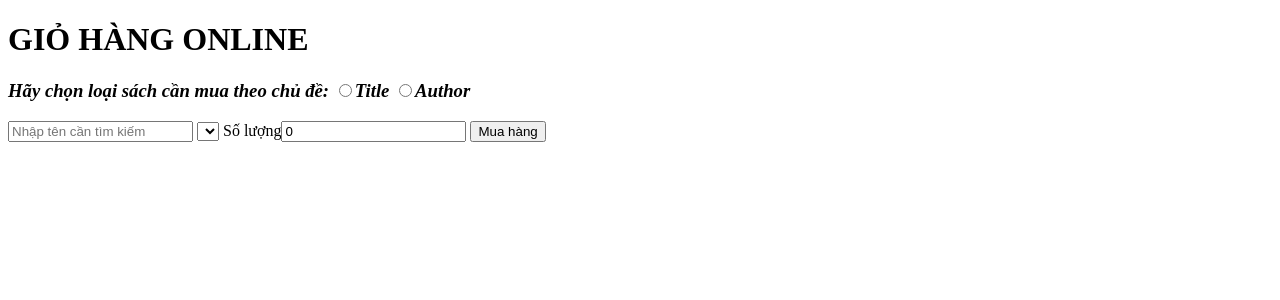
Repository: trangtruc/Java_NangCao
Page: http://localhost/Demo_Database/Myeshop.jsp
An editor plug-in stored every save of this project. The page is shown before and after a run of saves, followed by the edit.
The browser window is 1280 px wide. The pictures show the whole page.
The page is served by Tomcat 9. Other server files are loaded and not shown. Queries for data that is not in the repository find no rows.

Above is the page before, as saved 2017-03-14 12:11:41.

### Buoi4/Demo_Database/WebContent/Myeshop.jsp
<%@page contentType="text/html" pageEncoding="UTF-8"%>
<%@page import="servlet.*" %>
<%@page import="java.util.ArrayList" %>
<!DOCTYPE HTML PUBLIC "-//W3C//DTD HTML 4.01 Transitional//EN"
    "http://www.w3.org/TR/html4/loose.dtd">

<html>
    <head>
        <title>My E-Shop</title>
        <script type="text/javascript">
            function kt(){
                var s=document.getElementById("sl").value;
                if(isNaN(s) || s<=0)
                    return false;
                return true;
            }
        </script>
    </head>
    <body>
        <h1>GIỎ HÀNG ONLINE</h1>
        <%
            DbActions db = new DbActions();
            ArrayList<Sanpham> dssp = db.getAllProducts();
        %>
        <form action="Access" method="post">
            <h3><i>Hãy chọn loại sách cần mua theo chủ đề:
            	<input type="radio" name="ra" value="title"/>Title
				<input type="radio" name="ra" value="author"/>Author
            </i></h3>

           <input type="text" name="monhang" placeholder="Nhập tên cần tìm kiếm"/>

			<select name="monhang">
                <%
            for (Sanpham sp : dssp) {%>
                <option value="<%=sp.getId()%>"><%=sp.getTitle()%></option>

                <%}%>
            </select>

            Số lượng<input name="soluong" value="0" id="sl"/>
            <input type="hidden" name="action" value="muahang"/>
            <input type="submit" value="Mua hàng" onclick="return kt()"/>


        </form>
        <br/>
        <jsp:include page="Myecart.jsp" flush="true"/>
    </body>
</html>

### Buoi4/Demo_Database/WebContent/Myecart.jsp
<%@page contentType="text/html" pageEncoding="UTF-8"%>
<%@page import="java.util.ArrayList" %>
<%@page import="servlet.*" %>
<%
	Object obj=session.getAttribute("giohang");
	if(obj!=null){
	    Giohang giohang=(Giohang)obj;
	    ArrayList<Monhang> dssp=giohang.getGiohang();
	    if(dssp.size()>0){
%>
<table align="center" border="1" width="95%">
    <tr>
        <th>STT</th>
        <th>Tên sách</th>
        <th>Tên tác giả</th>
        <th>Số lượng mua</th>
        <th>Đơn giá</th>
        <th>Số lượng hiện còn trong kho</th>
        <th>Thành tiền</th>
        <th></th>
    </tr>

    <%int i=1;
    for(Monhang mhang:dssp){

    	 String ms=mhang.getSanpham().getId();
    	 String tua=mhang.getSanpham().getTitle();
         String tgia=mhang.getSanpham().getAuthor();
         int sl=mhang.getSoluong();
         double dg=mhang.getSanpham().getPrice();
         int qty =mhang.getSanpham().getQty();

        %>

        <tr>
            <td><%=ms%></td>
            <td><%=tua%></td>
            <td><%=tgia%></td>
            <td><%=sl%></td>
            <td><%=dg%></td>
            <td><%=qty-sl%></td>
            <td><%=dg*sl%></td>
            <td>
                <form action="Access" method="post">
                    <input type="hidden" name="action" value="trahang"/>
                    <input type="hidden" name="mssp" value="<%=ms%>"/>
                    <input type="submit" value="Trả hàng"/>
                </form>
            </td>
        </tr>
    <%}%>
    </table>
    <br/>
        <center>
            <form method="post" action="Access">
                <input type="hidden" name="action" value="checkout"/>
                <input type="submit" value="Check out"/>
            </form>
        </center>
   <%}
   }
%>

### Buoi4/Demo_Database/src/servlet/DbActions.java
package servlet;

import java.sql.Connection;
import java.sql.DriverManager;
import java.sql.ResultSet;
import java.sql.Statement;
import java.util.ArrayList;

import servlet.Sanpham;

public class DbActions {
	private Connection conn;

	public DbActions() throws Exception{
		Class.forName("com.mysql.jdbc.Driver");
		conn = DriverManager.getConnection("jdbc:mysql://localhost:3306/ebookshop","root","");

	}





	public Sanpham getSanPhamId(String id) throws Exception {
		Sanpham sp=null;
		Statement stmt = conn.createStatement();
		String sql = "select * from books where id="+id+"";

		ResultSet rs = stmt.executeQuery(sql);
		if(rs.next()){
			String i = rs.getString("id");
			String t = rs.getString("title");
            String author = rs.getString("author");
            Float price = rs.getFloat("price");
            int quantity = rs.getInt("qty");
            sp = new Sanpham(i, t, author, price, quantity);
		}

		return sp;

	}


	public Sanpham getSanPhamAuthor(String author) throws Exception {
		Sanpham sp=null;
		Statement st = conn.createStatement();
		String sql = "SELECT * FROM books WHERE author = "
                + "'" + author + "'"
                + " AND qty > 0 ORDER BY author ASC, title ASC";
		ResultSet rs = st.executeQuery(sql);
		if(rs.next()){
			String id = rs.getString("id");
			String t = rs.getString("title");
            String au = rs.getString("author");
            Float price = rs.getFloat("price");
            int quantity = rs.getInt("qty");
            sp = new Sanpham(id, t, au, price, quantity);
		}

		return sp;
	}
	   /**
     * Lấy tât cả sản phẩm
     * @return danh sách sản phẩm
     * @throws Exception
     */
    public ArrayList<Sanpham> getAllProducts() throws Exception {
        ArrayList<Sanpham> ds = new ArrayList<Sanpham>();
        ResultSet rs = null;
        Statement stmt = conn.createStatement();
        String sql = "select * from books";
        rs = stmt.executeQuery(sql);
        while(rs.next()){
        	String id = rs.getString("id");
        	String t = rs.getString("title");
            String author = rs.getString("author");
            Float price = rs.getFloat("price");
            int quantity = rs.getInt("qty");
            ds.add(new Sanpham(id, t, author, price, quantity));
        }
        return ds;
    }


}

After the next 2 saves:
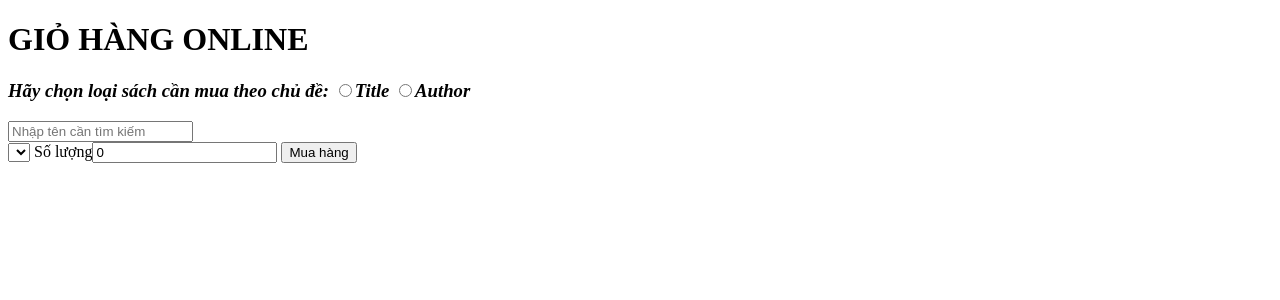
The 2 saves are shown as one change because they came seconds apart.
The last was saved 15 s later.
--- a/Buoi4/Demo_Database/WebContent/Myeshop.jsp
+++ b/Buoi4/Demo_Database/WebContent/Myeshop.jsp
@@ -28,7 +28,9 @@
 				<input type="radio" name="ra" value="author"/>Author
             </i></h3>
 
-           <input type="text" name="monhang" placeholder="Nhập tên cần tìm kiếm"/>
+           <input type="text" name="key" placeholder="Nhập tên cần tìm kiếm"/>
+
+			</br>
 
 			<select name="monhang">
                 <%
